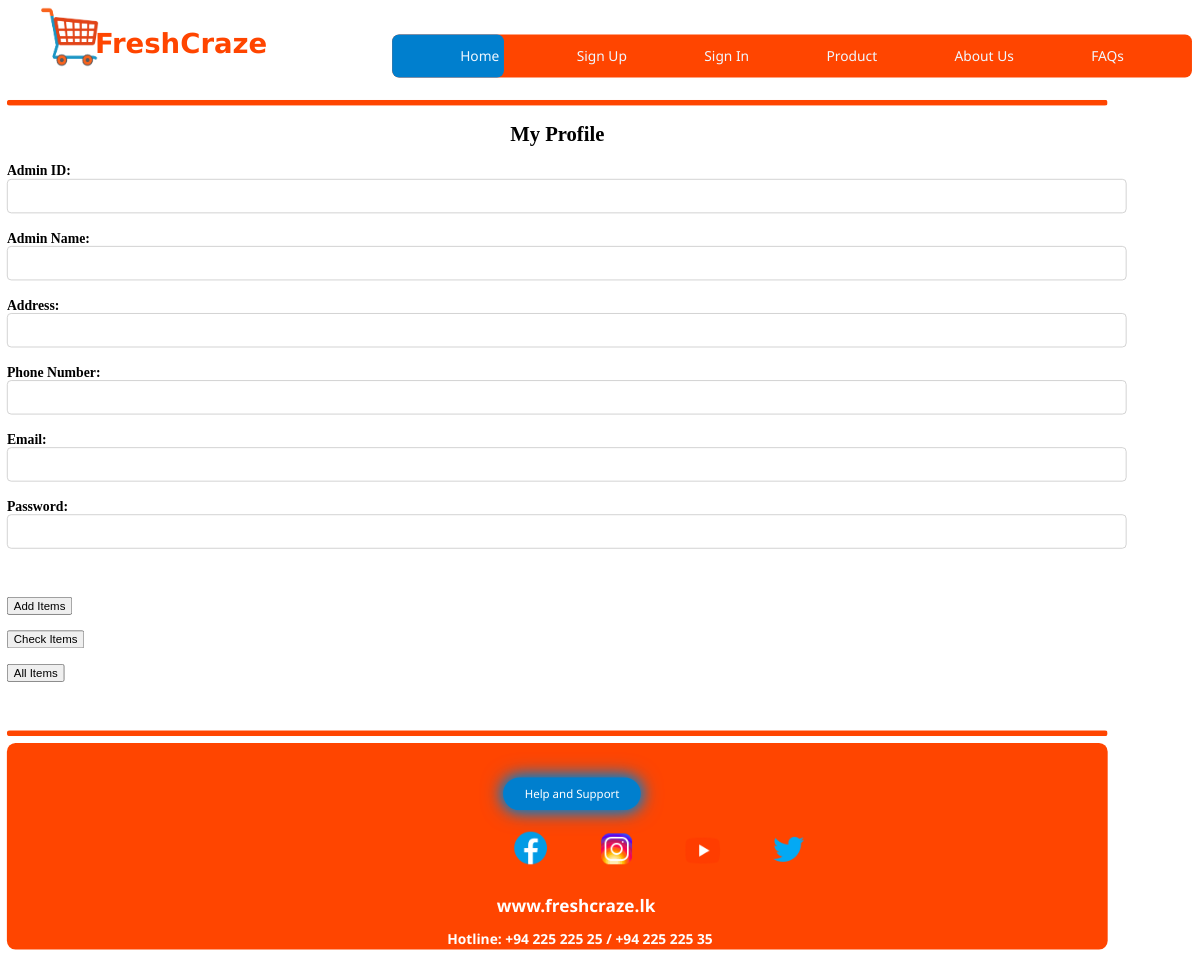
Repository: shanika2002/FreshCraze
Page: http://localhost/itemDem/profile.jsp
The author's editor kept a copy of each file at every save. The page is drawn from the files as they stood at one save, then again after the next save.
The browser window is 1280 px wide. The page is 1386 px wide, so the pictures cover 1386 px, including what lies to the right of the window. The pictures show the whole page, at 86% of full size.
The page is served by Tomcat 9. The template is opened directly, without the code that normally fills it, so the values that code supplies are empty.

Above is the page before, as saved 2024-05-11 05:33:59.

After the next save:
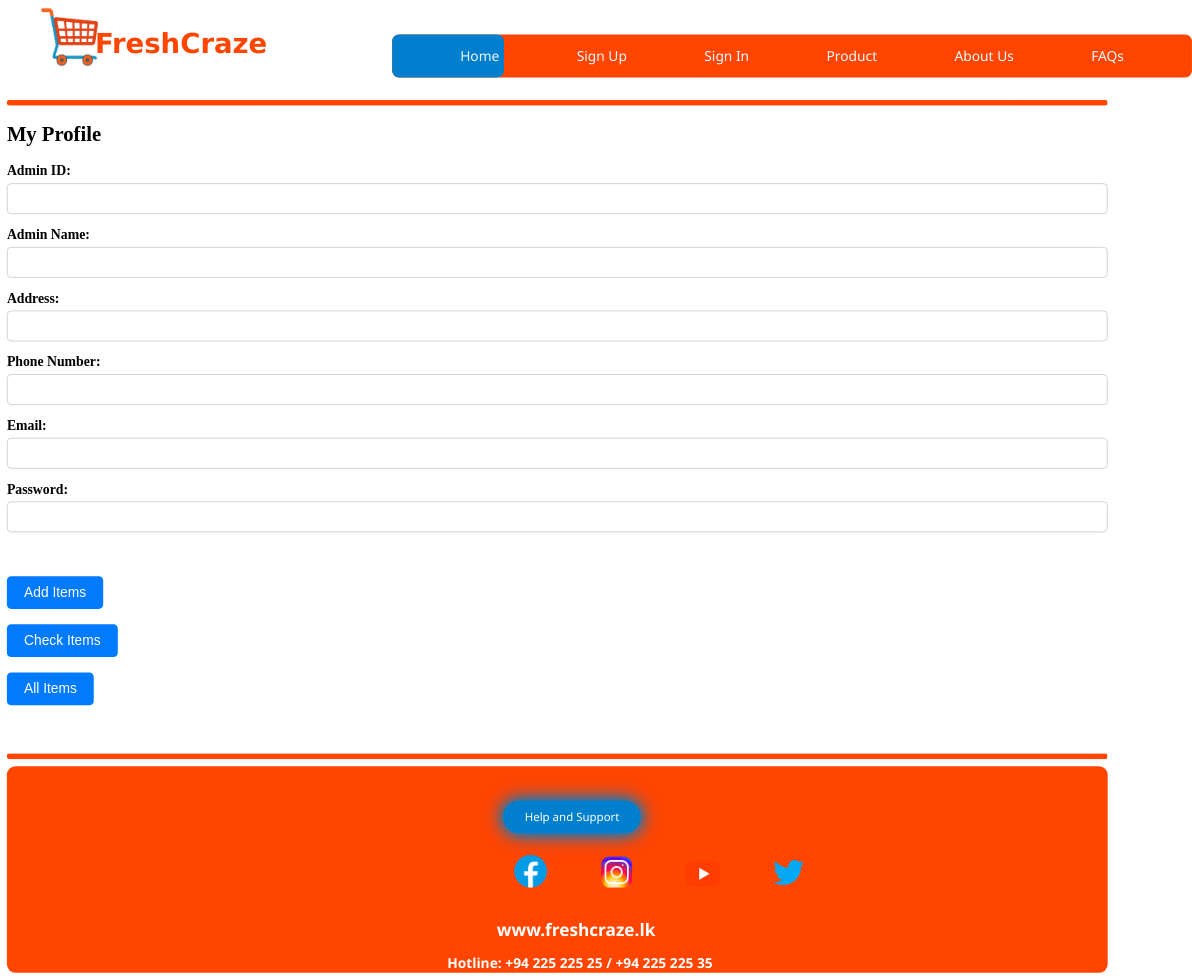
Saved 74 s later.
--- a/itemDem/src/main/webapp/css/profile.css
+++ b/itemDem/src/main/webapp/css/profile.css
@@ -137,57 +137,46 @@ nav a:nth-child(6):hover~span{
     margin-top: -51px;
 }
 
-.container {
-    width: 50%;
-    margin: 50px auto;
-    background-color: #fff;
-    padding: 20px;
-    border-radius: 10px;
-    box-shadow: 0 0 10px rgba(0, 0, 0, 0.1);
-  }
-
-  h2 {
-    text-align: center;
-  }
-
-  form {
-    width: 100%;
-  }
-
-  .form-group {
-    margin-bottom: 20px;
-  }
-
-  .form-group label {
-    display: block;
-    font-weight: bold;
-  }
-
-  .form-group input[type="text"],
-  .form-group input[type="email"],
-  .form-group input[type="tel"],
-  .form-group input[type="password"]{
-    width: 100%;
-    padding: 10px;
-    border: 1px solid #ccc;
-    border-radius: 5px;
-    font-size: 16px;
-  }
-
-
-  .form-group input[type="submit"] {
-    background-color: #007bff;
-    color: #fff;
-    border: none;
-    padding: 10px 20px;
-    font-size: 16px;
-    cursor: pointer;
-    border-radius: 5px;
-  }
-
-  .form-group input[type="submit"]:hover {
-    background-color: #0056b3;
-  }
+/* Style for form container */
+.form-group {
+  margin-bottom: 15px;
+}
+
+/* Style for labels */
+label {
+  display: block;
+  margin-bottom: 5px;
+  font-weight: bold;
+}
+
+/* Style for input fields */
+input[type="text"],
+input[type="tel"],
+input[type="email"],
+input[type="password"] {
+  width: 100%;
+  padding: 8px;
+  border: 1px solid #ccc;
+  border-radius: 5px;
+  box-sizing: border-box;
+  font-size: 16px;
+}
+
+/* Style for buttons */
+button[type="submit"] {
+  padding: 10px 20px;
+  background-color: #007bff; /* Blue */
+  color: white;
+  border: none;
+  border-radius: 5px;
+  cursor: pointer;
+  font-size: 16px;
+}
+
+button[type="submit"]:hover {
+  background-color: #0056b3; /* Darker blue */
+}
+
 
 .footer{
     height: 200px;
